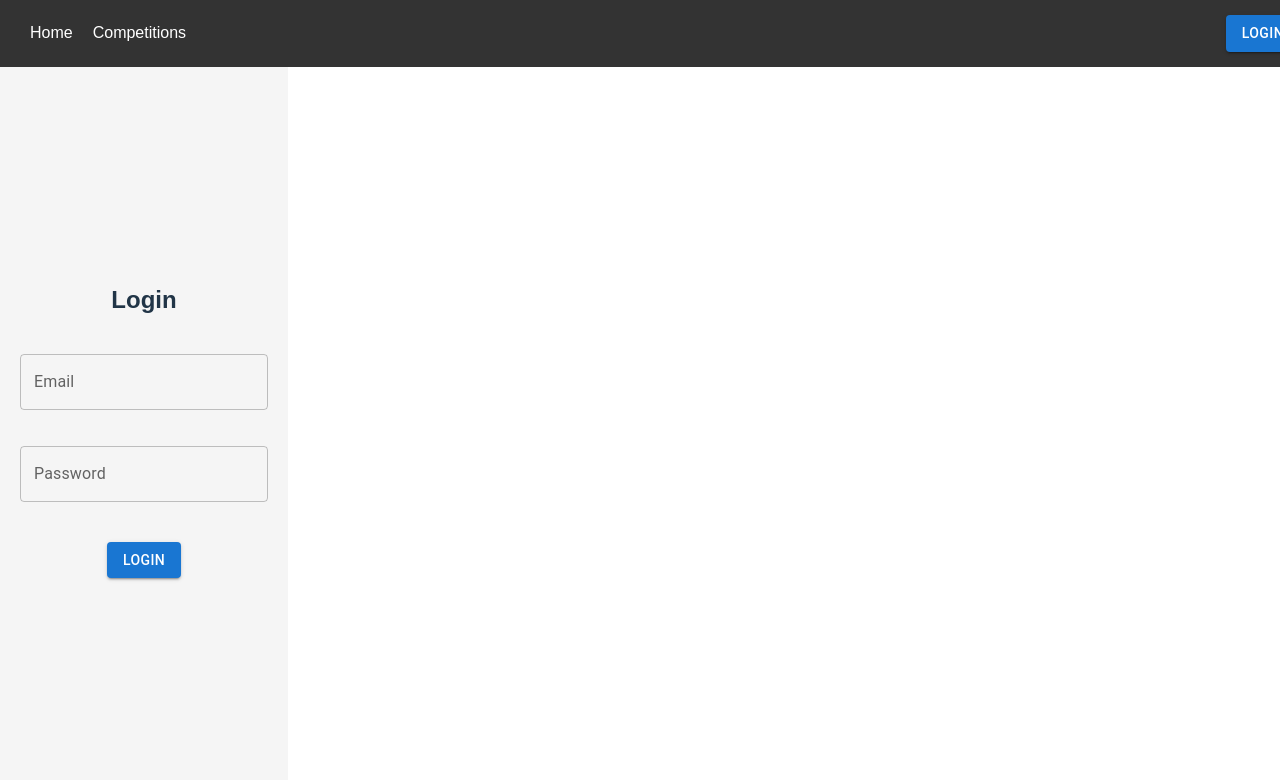
Repository: BWei22/wecube
Page: /auth
These files come from the project's save history. The page is drawn as it stood at one moment and after the next save; the edit follows.
The browser window is 1280 px wide. The pictures show the whole page.
The project was rebuilt for these pictures with package versions that can differ from the ones it lists, and the page was loaded fresh each time. Also part of the build but not shown: vite.config.js, src/pages/Home.jsx, src/pages/Competitions.css, src/pages/Competitions.jsx, src/pages/Listings.css, src/pages/Listings.jsx, src/pages/CreateListing.jsx, src/pages/ListingDetails.css and 10 more.

Above is the page before, as saved 2024-07-28 21:52:10.

After the next save:
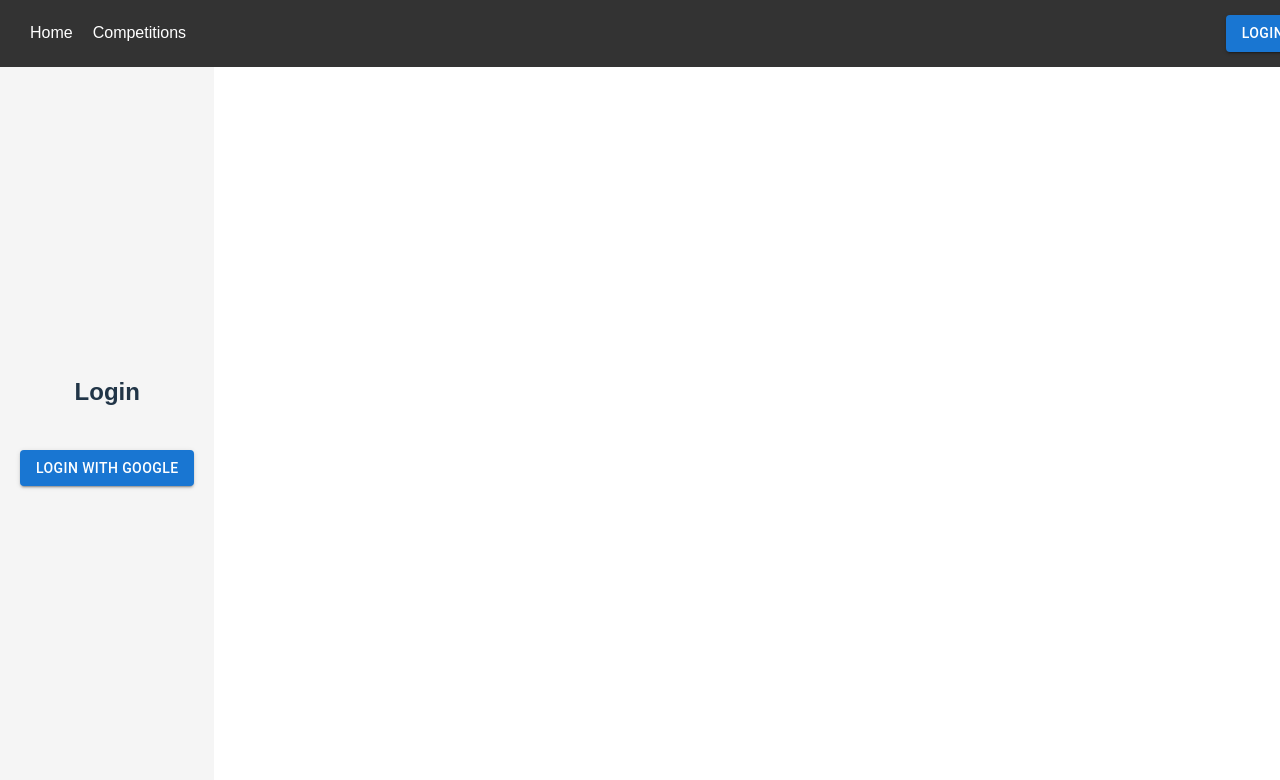
Saved 2 min 22 s later.
--- a/src/components/AuthComponent.jsx
+++ b/src/components/AuthComponent.jsx
@@ -1,19 +1,16 @@
-import React, { useState } from 'react';
+import React from 'react';
 import { useNavigate } from 'react-router-dom';
 import { useAuth } from '../hooks/useAuth';
-import TextField from '@mui/material/TextField';
 import Button from '@mui/material/Button';
 import './AuthComponent.css';
 
 const AuthComponent = () => {
-  const [email, setEmail] = useState('');
-  const [password, setPassword] = useState('');
   const auth = useAuth();
   const navigate = useNavigate();
 
-  const handleLogin = async () => {
+  const handleGoogleLogin = async () => {
     try {
-      await auth.signin(email, password);
+      await auth.signinWithGoogle();
       navigate('/');
     } catch (error) {
       console.error('Login failed:', error);
@@ -23,25 +20,8 @@ const AuthComponent = () => {
   return (
     <div className="auth-container">
       <h2>Login</h2>
-      <TextField
-        label="Email"
-        variant="outlined"
-        fullWidth
-        value={email}
-        onChange={(e) => setEmail(e.target.value)}
-        margin="normal"
-      />
-      <TextField
-        label="Password"
-        type="password"
-        variant="outlined"
-        fullWidth
-        value={password}
-        onChange={(e) => setPassword(e.target.value)}
-        margin="normal"
-      />
-      <Button onClick={handleLogin} variant="contained" color="primary">
-        Login
+      <Button onClick={handleGoogleLogin} variant="contained" color="primary">
+        Login with Google
       </Button>
     </div>
   );
